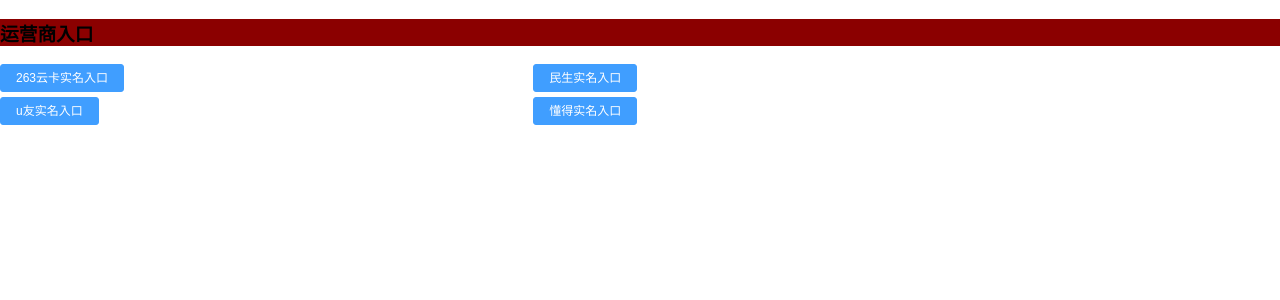
Repository: cmlsir1024/index-test
Page: index.html
An editor plug-in stored every save of this project. The page is shown before and after the next save, followed by the edit.
The browser window is 1280 px wide. The pictures show the whole page.

Above is the page before, as saved 2023-10-11 12:23:43.

After the next save:
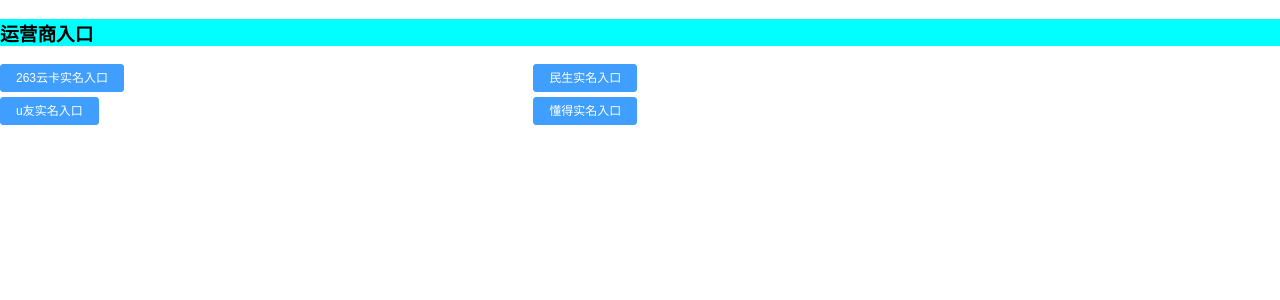
Saved 18 s later.
--- a/index.html
+++ b/index.html
@@ -99,7 +99,7 @@
 
   <body>
     <div id="app">
-      <h3 style="background-color: darkred">运营商入口</h3>
+      <h3 style="background-color: aqua">运营商入口</h3>
       <div class="box">
         <el-row>
           <el-col :span="10" v-for="item in dataList">
